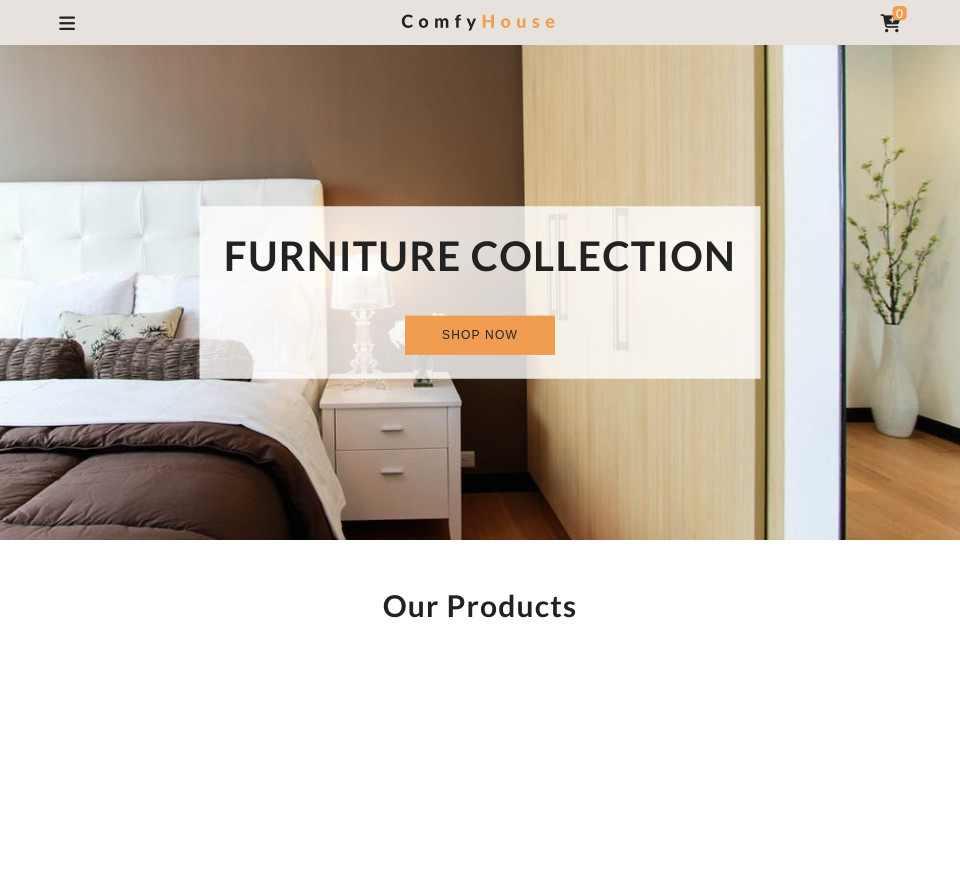
Repository: MohammadMazloum123/E-Commerce-Project
Page: images/index.html
These files come from the project's save history. The page is drawn as it stood at one moment and after the next save; the edit follows.
The browser window is 1280 px wide. The pictures show the whole page, at 75% of full size.
Some web libraries are served in a nearby version.

Above is the page before, as saved 2024-02-18 13:45:56.

After the next save:
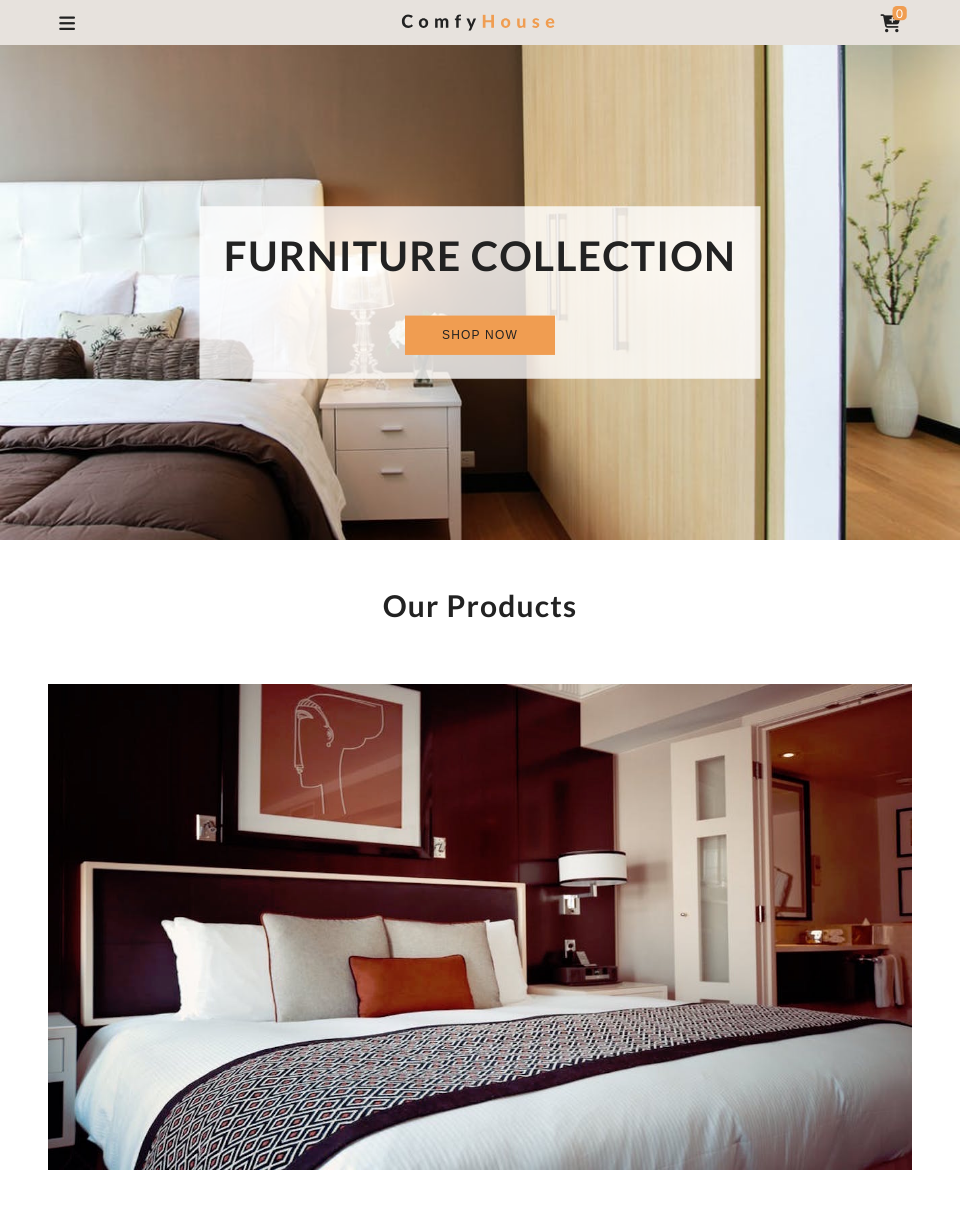
Saved 5 s later.
--- a/images/index.html
+++ b/images/index.html
@@ -40,7 +40,7 @@
             <!--single products-->
             <article class="product">
                 <div class="img-container">
-                    <img src="" alt="" class="product-img">
+                    <img src="product-1.jpeg" alt="" class="product-img">
                 </div>
             </article>
             <!--end of single products-->
